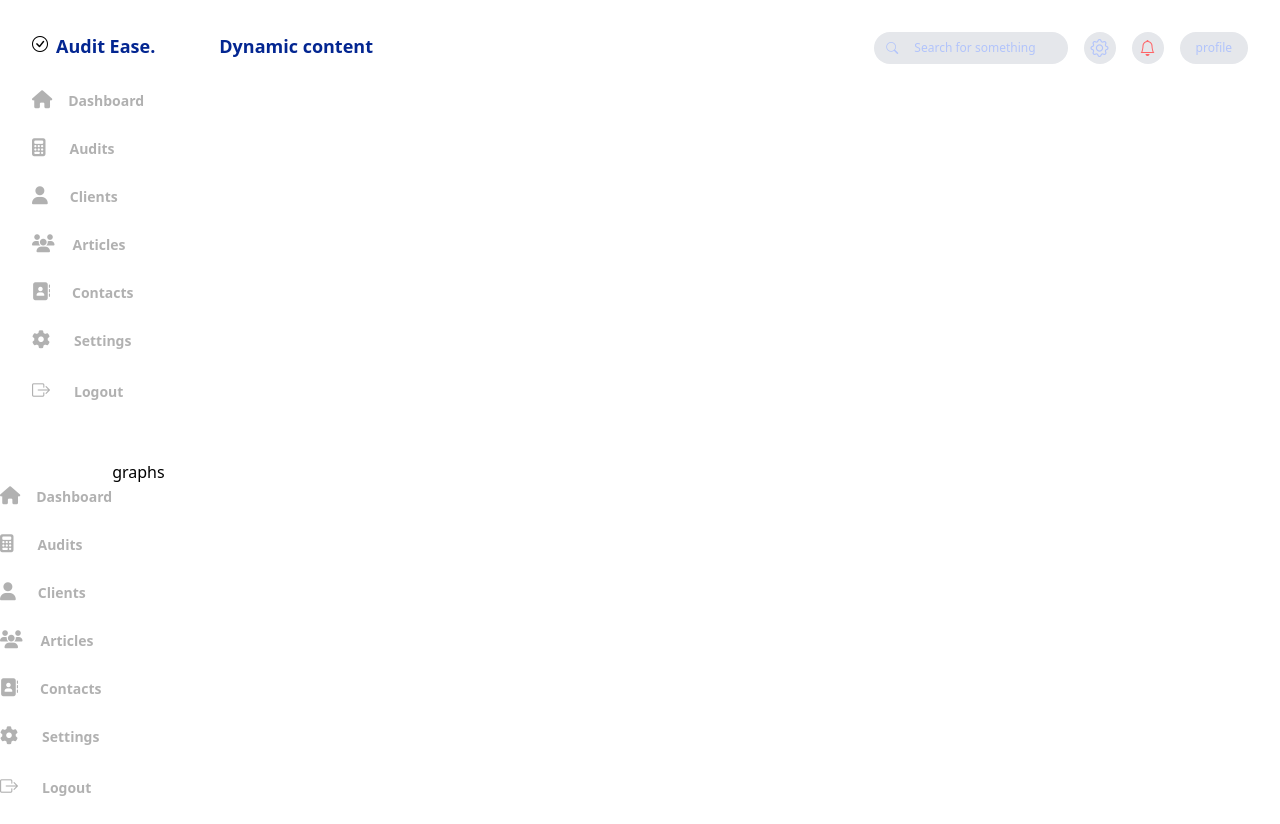
Repository: EclipticCode/Audit-Ease-FE
Page: /
These files come from the project's save history. The page is drawn as it stood at one moment and after the next save; the edit follows.
The browser window is 1280 px wide. The pictures show the whole page.
Some web libraries are served in a nearby version. The project was rebuilt for these pictures with package versions that can differ from the ones it lists, and the page was loaded fresh each time. Also part of the build but not shown: vite.config.js, Login.jsx, src/Navbar.jsx, src/Pages/Audits.jsx.

Above is the page before, as saved 2025-03-27 22:20:09.

After the next save:
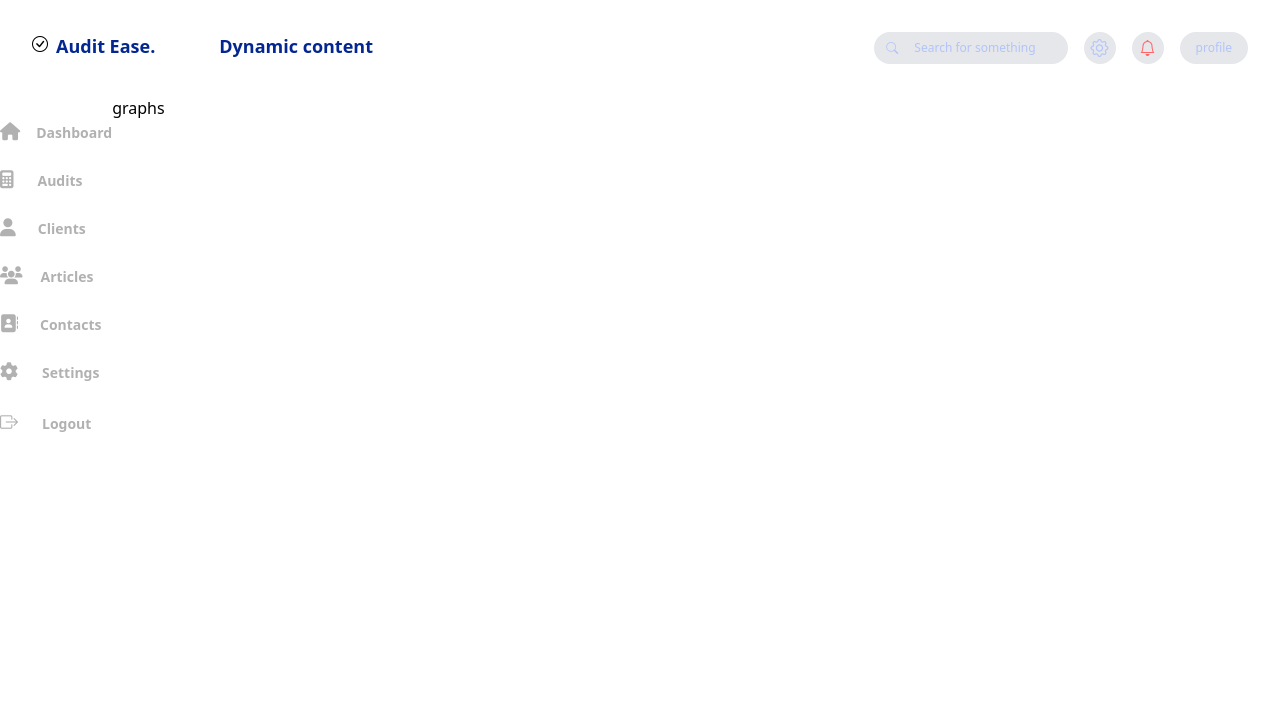
Saved 40 s later.
--- a/src/NavandSideBar.jsx
+++ b/src/NavandSideBar.jsx
@@ -19,20 +19,6 @@ const NavandSideBar = () => {
             <div className="bg-gray-200 flex items-center justify-center rounded-full text-xs p-4 w-auto h-4 text-soft-primary">profile</div>
             </div>
         </div>
-        <div className='flex flex-col mt-6 text-light-secondary basics-1/3'>
-            <div className='mb-6'>
-            <button>
-            <span><i className="fa-solid fa-house mr-4 text-lg"></i></span><span className='font-semibold text-sm'>
-                <Link to={`/`}>Dashboard</Link>
-                </span></button>
-            </div>
-            <div className='mb-6'><span><i className="fa-solid fa-calculator mr-6 text-lg"></i></span><span className='font-semibold text-sm'>Audits</span></div>
-            <div className='mb-6'><span><i className="fa-solid fa-user mr-5.5 text-lg"></i></span><span className='font-semibold text-sm'>Clients</span></div>
-            <div className='mb-6'><span><i className="fa-solid fa-users mr-4.5 text-lg"></i></span><span className='font-semibold text-sm'>Articles</span></div>
-            <div className='mb-6'><span><i className="fa-solid fa-address-book mr-5.5 text-lg"></i></span><span className='font-semibold text-sm'>Contacts</span></div>
-            <div className='mb-6'><span><i className="fa-solid fa-gear mr-6 text-lg"></i></span><span className='font-semibold text-sm'>Settings</span></div>
-            <div className='mb-6'><span><i className="bi bi-box-arrow-right mr-6 text-lg"></i></span><span className='font-semibold text-sm'>Logout</span></div>
-        </div>
     </div>
   )
 }
